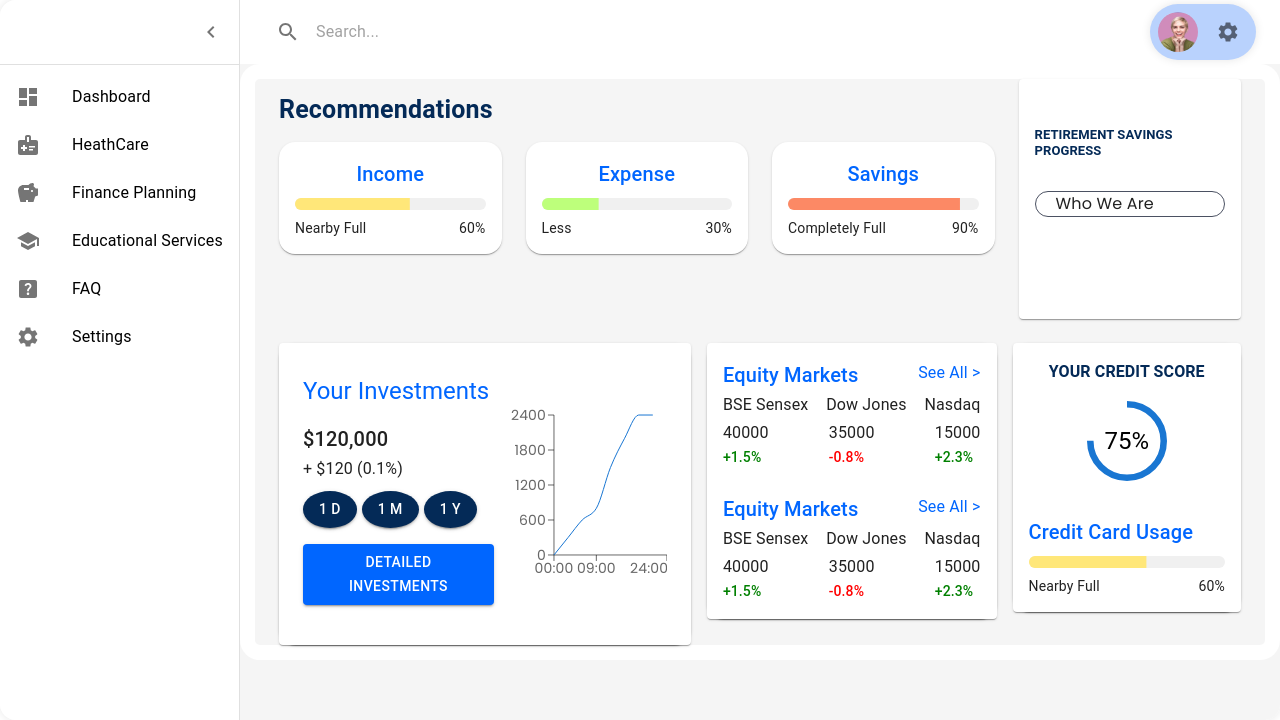
Repository: shubhampirate/TIAA_Retirement_hackathon
Page: /education
The author's editor kept a copy of each file at every save. The page is drawn from the files as they stood at one save, then again after the next save.
The browser window is 1280 px wide. The pictures show the whole page.
The project was rebuilt for these pictures with package versions that can differ from the ones it lists, and the page was loaded fresh each time. Also part of the build but not shown: src/Components/CustomButton.jsx, src/Components/Navbar.jsx, src/Components/Properties.jsx, src/Components/Footer.jsx, src/Components/Hero.jsx, src/pages/Sign_In.jsx, src/Components/GaugeChart.jsx, src/Components/Dashboard.jsx and 3 more.

Above is the page before, as saved 2023-11-18 18:55:57.

After the next save:
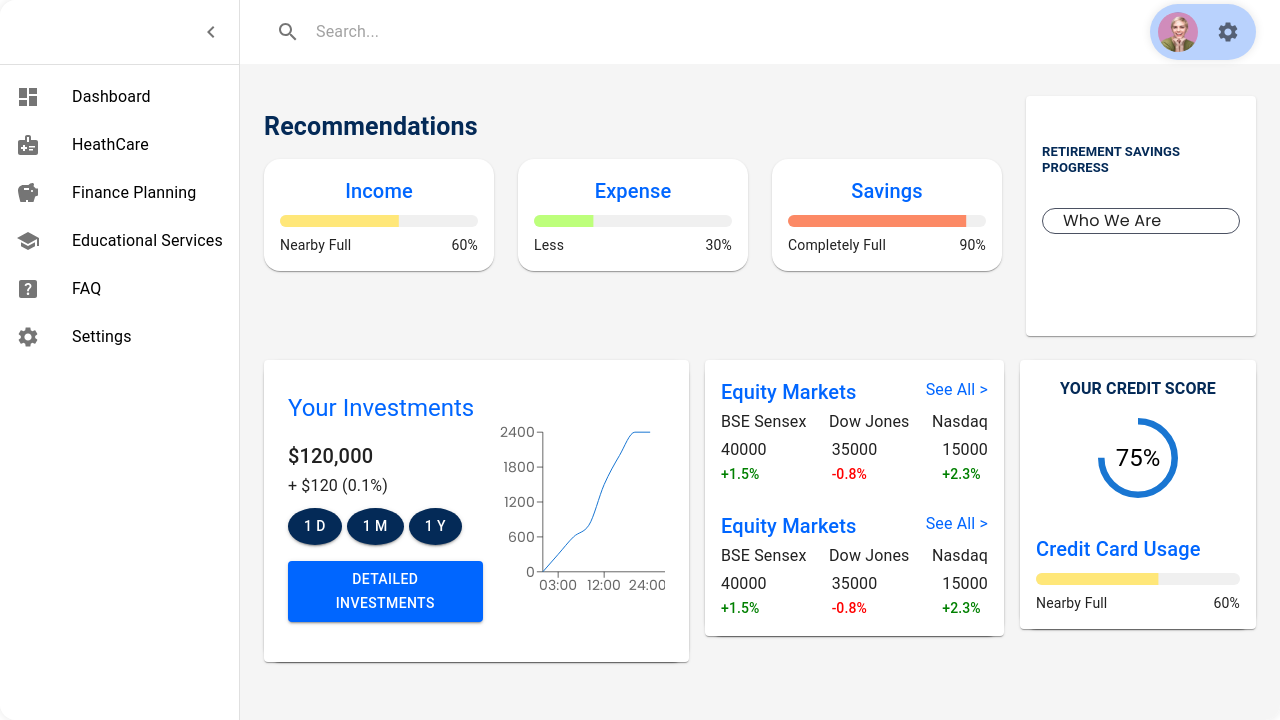
Saved 28 s later.
--- a/src/Components/Education.jsx
+++ b/src/Components/Education.jsx
@@ -248,7 +248,9 @@ export default function Education() {
           }}
         >
           <Toolbar />
-          <Container maxWidth="lg" sx={{ mt: 4 , mb: 4 }} sx={{border: '15px solid #fff', borderRadius: '20px'}}>
+          <Container maxWidth="lg" sx={{ mt: 4 , mb: 4 }}
+        //   sx={{border: '15px solid #fff', borderRadius: '20px'}}
+          >
             <Grid container spacing={3}>
 
             <Grid item xs={12} md={8} lg={9}>
